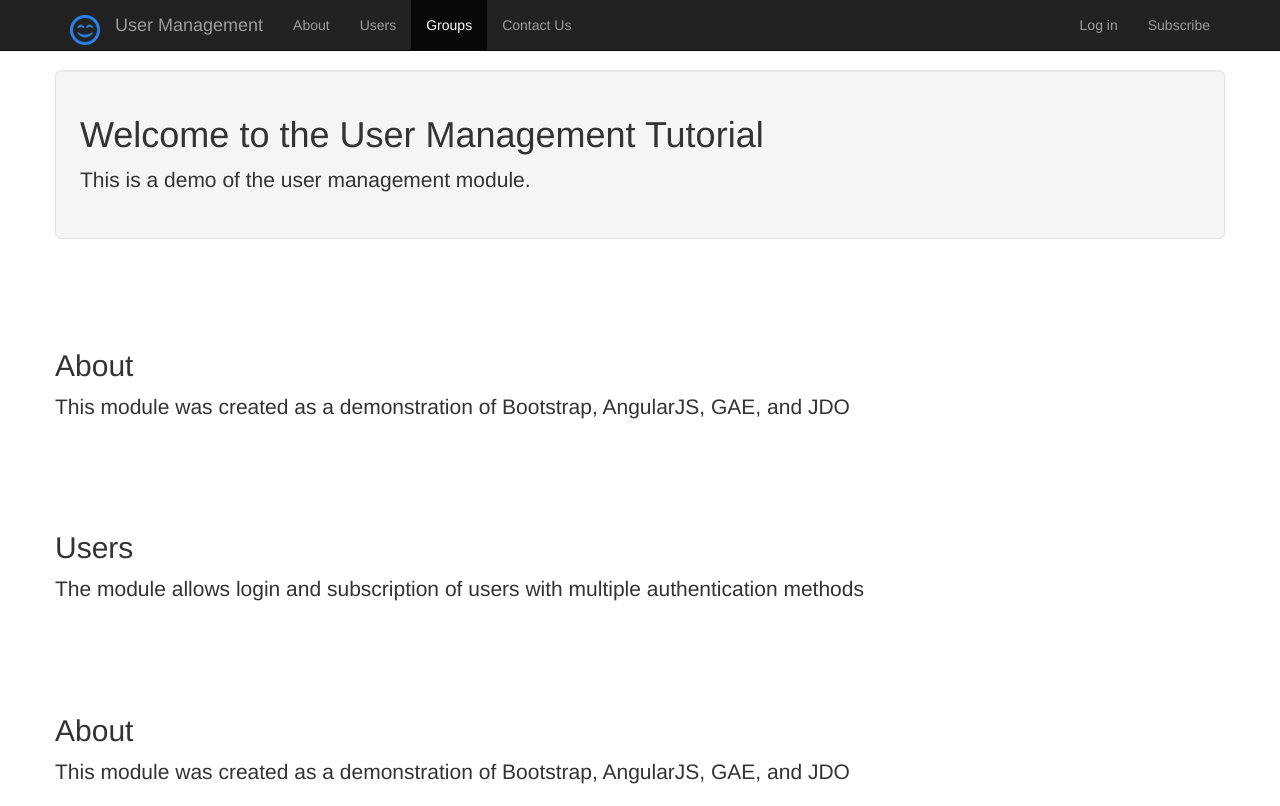
Repository: screenhunter/UMT
Page: UserManagement/war/guest/guest.html
The author's editor kept a copy of each file at every save. The page is drawn from the files as they stood at one save, then again after the next save.
The browser window is 1280 px wide. The pictures show the whole page.

Above is the page before, as saved 2015-07-29 17:34:42.

### UserManagement/war/guest/guest.html
<!DOCTYPE html>
<!-- You must include the AngularJS application directive, ng-app or data-ng-app. -->
<html lang="en" data-ng-app>

<head>
	<!-- META information about your site -->
	<!-- This is important for allowing your public page to be correctly indexed by search engines -->
	<meta http-equiv="content-type" content="text/html; charset=UTF-8">
	<meta name="viewport" content="width=device-width, initial-scale=1">
	<meta name="description" content="Public page for a demo application allowing user management.">
	<meta name="keywords" content="User management, Groups, Demo Application">
	<meta name="author" content="Mihai Boicu, Rajat Khanna">

	<!-- TITLE -->
	<title>UMS - User Management System - Guest View</title>

	<!-- SCRIPT jQuery -->
	<!-- The following must be used in development. This is uncompressed and easy to understand -->
	<script src="/js/jquery-1.11.3.js"></script>
	<!--  The following must be used in production. This is compressed and hard to understand -->
	<!-- <script src="/js/jquery-1.11.3.min.js"></script> -->

	<!-- CSS Bootstrap -->
	<!-- This is the development CSS file. This is uncompressed and easy to understand. -->
	<link href="/css/bootstrap.css" rel="stylesheet">
	<script src="/js/bootstrap.js"></script>
	<!-- This following must be used in production. This is compressed and hard to understand. -->
	<!-- <link href="/css/bootsrap.min.css" rel="stylesheet"> -->
	<!-- <script src="/js/bootsrap.min.js"></script> -->

	<!-- AngularJS -->
	<!-- The following must be used in development. This is uncompressed and easy to understand -->
	<script type="text/javascript" src="/js/angular.js"></script>
	<script type="text/javascript" src="/js/angular-sanitize.js"></script>
	<script type="text/javascript" src="/js/angular-route.js"></script>
	<!--  The following must be used in production. This is compressed and hard to understand -->
	<!-- <script type="text/javascript" src="/js/angular.min.js"></script> -->
	<!-- <script type="text/javascript" src="/js/angular-sanitize.min.js"></script> -->
	<!-- <script type="text/javascript" src="/js/angular-route.min.js"></script> -->

	<!-- Guest CSS -->
	<link href="/css/guest.css" rel="stylesheet">

</head>

<!-- Bootstrap will spy the body and update the navigation in the
	guest-main-menu element (a navigation bar) based on the current position in the body -->
<body data-spy="scroll" data-target="#guest-main-menu">
	<!-- MAIN MENU AT THE TOP OF THE PAGE -->
	<nav class="navbar navbar-default navbar-fixed-top navbar-inverse" id="guest-main-menu">
		<div class="container">
			<!-- The menu toggle button for small screens, this will hide and show the menu -->
			<div class="navbar-header">
				<button type="button" class="navbar-toggle collapsed"
					data-toggle="collapse" data-target="#guest-main-menu-collapsible">
					<span class="sr-only">Toggle Navigation</span>
					<span class="icon-bar"></span>
					<span class="icon-bar"></span>
					<span class="icon-bar"></span>
				</button>
				<!-- The brand image and name are also part of the menu header -->
				<a href="#" class="navbar-brand"><img alt="Brand" src="/img/UM-logo.png"></a>
				<a href="#home" class="navbar-brand">User Management</a>
			</div> <!-- navbar-header -->
			<div class="collapse navbar-collapse" id="guest-main-menu-collapsible">
				<!-- Main content menu items to the left -->
				<ul class="nav navbar-nav navbar-left">
					<li><a href="#about">About</a></li>
					<li><a href="#users">Users</a></li>
					<li><a href="#groups">Groups</a></li>
					<li><a href="#contact">Contact Us</a></li>
				</ul>
				<!-- Main user login menu item to the right -->
				<ul class="nav navbar-nav navbar-right">
					<li><a href="#login">Log in</a></li>
					<li><a href="#subscribe">Subscribe</a></li>
				</ul>
			</div> <!-- guest-main-menu-collapsible -->
		</div> <!-- Container for main menu -->
	</nav> <!-- Navigation bar at the top for main menu -->

	<div class="container">
		<div class="menu-link" id="home">
			<div class="row well well-lg">
				<h1>Welcome to the User Management Tutorial</h1>
				<p class="lead">This is a demo of the user management module.</p>
			</div>
			<div class="row menu-link" id="about">
				<h2>About</h2>
				<p class="lead">This module was created as a demonstration of Bootstrap, AngularJS, GAE, and JDO</p>
			</div>
			<div class="row menu-link" id="users">
				<h2>Users</h2>
				<p class="lead">The module allows login and subscription of users with multiple authentication methods</p>
			</div>
			<div class="row menu-link" id="groups">
				<h2>About</h2>
				<p class="lead">This module was created as a demonstration of Bootstrap, AngularJS, GAE, and JDO</p>
			</div>
		</div>
	</div>

</body>
</html>

### UserManagement/war/css/guest.css
body {
	position: relative;
}
.menu-link {
	padding-top: 70px;
}

Loaded but not shown: UserManagement/war/js/jquery-1.11.3.js (library); UserManagement/war/css/bootstrap.css (library); UserManagement/war/js/bootstrap.js (library); UserManagement/war/js/angular.js (library); UserManagement/war/js/angular-route.js (992 lines, source omitted); UserManagement/war/js/angular-sanitize.js (683 lines, source omitted)

After the next save:
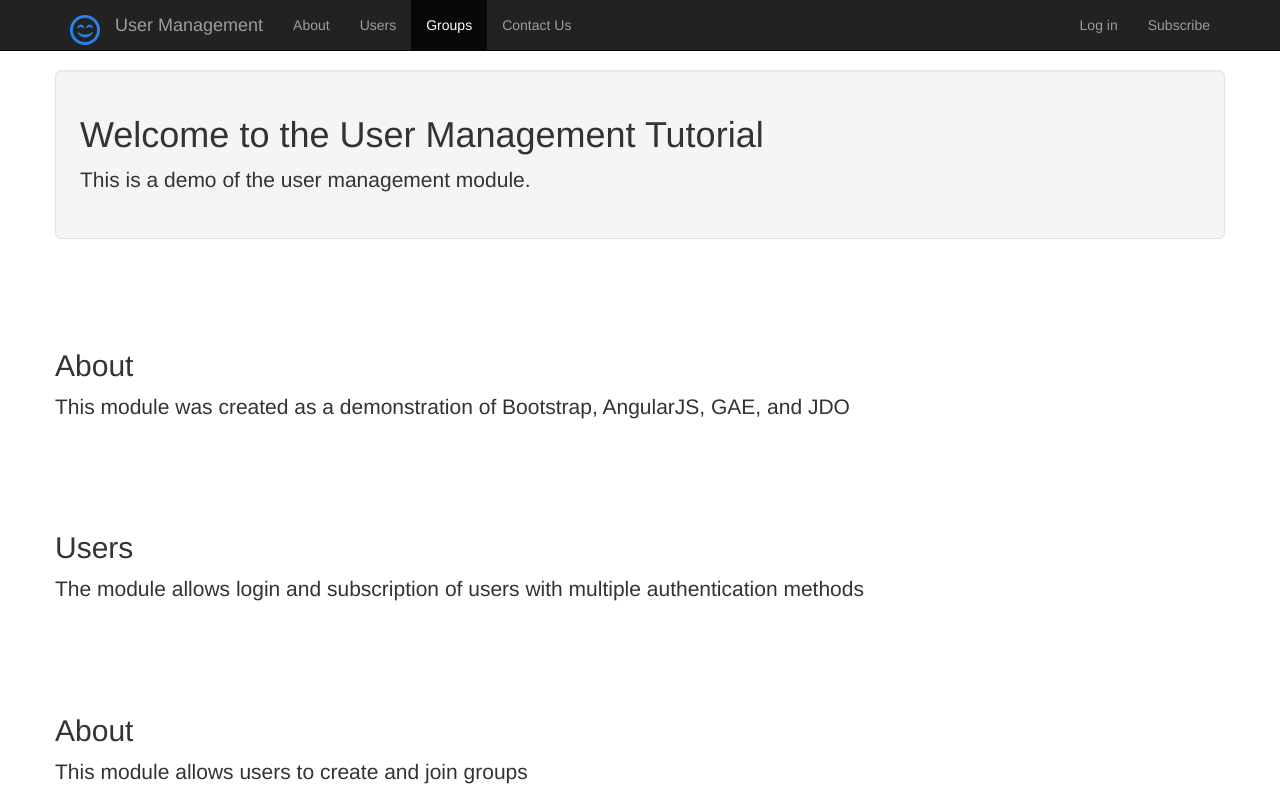
Saved 22 s later.
--- a/UserManagement/war/guest/guest.html
+++ b/UserManagement/war/guest/guest.html
@@ -95,7 +95,7 @@
 			</div>
 			<div class="row menu-link" id="groups">
 				<h2>About</h2>
-				<p class="lead">This module was created as a demonstration of Bootstrap, AngularJS, GAE, and JDO</p>
+				<p class="lead">This module allows users to create and join groups</p>
 			</div>
 		</div>
 	</div>
